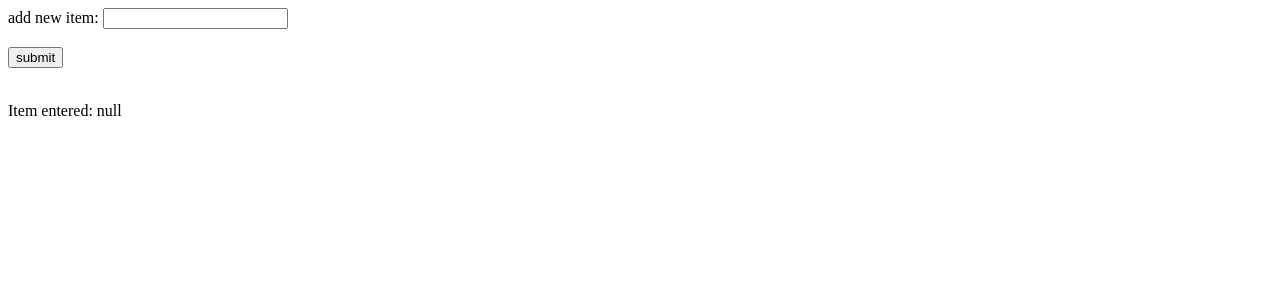
Repository: shailajaJ/database_app
Page: http://localhost/jspdemp/todolistdemo.jsp
An editor plug-in stored every save of this project. The page is shown before and after the next save, followed by the edit.
The browser window is 1280 px wide. The pictures show the whole page.
The page is served by Tomcat 9. Other server files are loaded and not shown.

Above is the page before, as saved 2017-03-12 21:35:26.

### jsp-servlets/jspdemp/WebContent/todolistdemo.jsp
<%@ page import="java.util.*" %>
<html>
<body>
<!--  create html -->
<form action="todolistdemo.jsp">
	add new item: <input type="text" name="theItem">
	<br></br>
	<input type="submit" value="submit">
</form>

<br>
Item entered: <%= request.getParameter("theItem") %>
<!--  add to do items -->
<%
	List<String> items = (List<String>) session.getAttribute("myToDoList");


%>
<!--  display list items for session -->
</body>
</html>

After the next save:
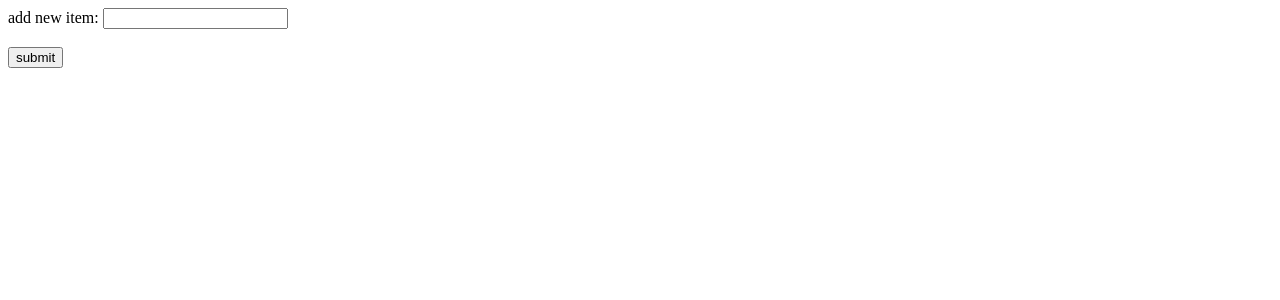
Saved 5 min 59 s later.
--- a/jsp-servlets/jspdemp/WebContent/todolistdemo.jsp
+++ b/jsp-servlets/jspdemp/WebContent/todolistdemo.jsp
@@ -7,15 +7,27 @@
 	<br></br>
 	<input type="submit" value="submit">
 </form>
-
-<br>
-Item entered: <%= request.getParameter("theItem") %>
 <!--  add to do items -->
 <%
 	List<String> items = (List<String>) session.getAttribute("myToDoList");
+	if(items == null) {
+		items = new ArrayList<String>();
+		session.setAttribute("myToDoList", items);
+	}
 
-
+	String theItem = request.getParameter("theItem");
+	if(theItem != null) {
+		items.add(theItem);
+	}
 %>
 <!--  display list items for session -->
+
+<ol>
+<%
+	for(String temp: items) {
+		out.println("<li>" + temp + "</li>");
+	}
+%>
+</ol>
 </body>
 </html>
